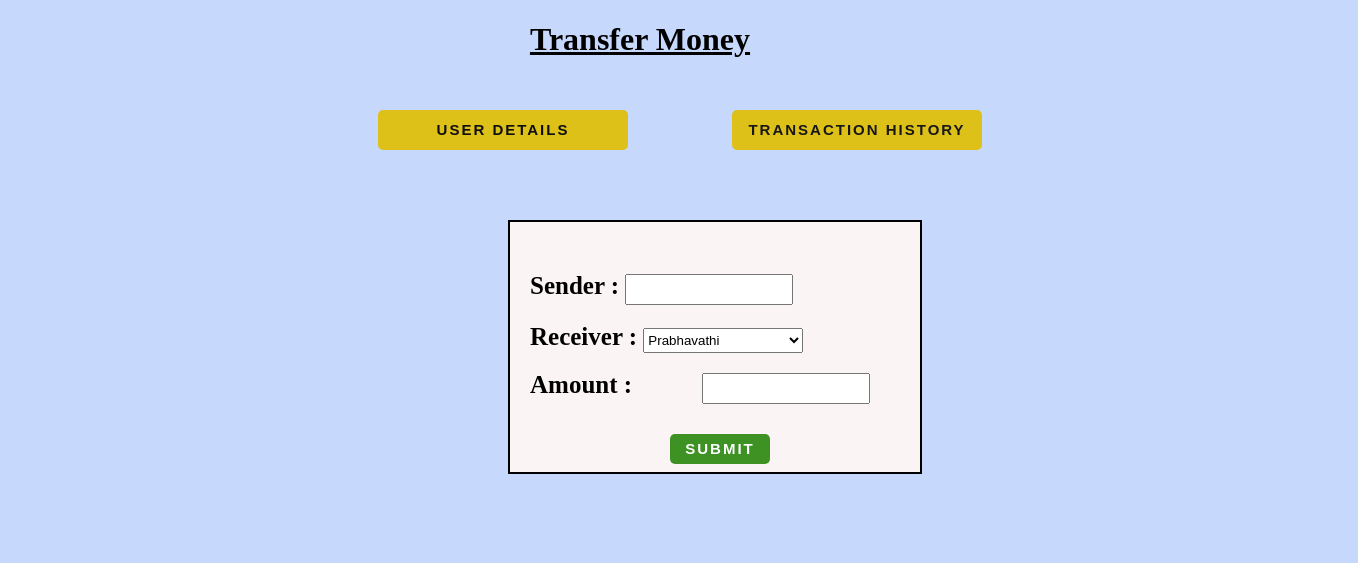
Repository: PrabhaBas/TheSparksFoundation_BasicBankingSystem
Page: http://localhost/PVBank/transfer_money.jsp
An editor plug-in stored every save of this project. The page is shown before and after the next save, followed by the edit.
The browser window is 1280 px wide. The page is 1358 px wide, so the pictures cover 1358 px, including what lies to the right of the window. The pictures show the whole page.
Some web libraries are served in a nearby version. The page is served by Tomcat 9.

Above is the page before, as saved 2021-08-17 18:47:49.

After the next save:
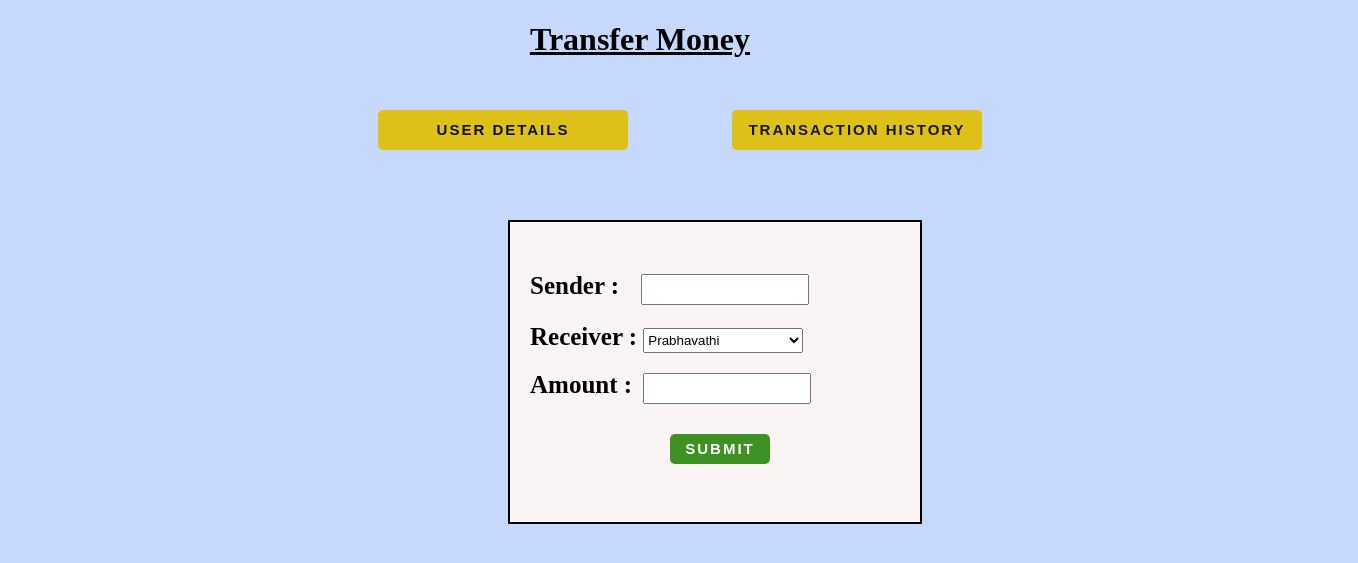
Saved 24 s later.
--- a/PVBank/src/main/webapp/css/transfer_money.css
+++ b/PVBank/src/main/webapp/css/transfer_money.css
@@ -68,7 +68,7 @@ background-color: rgb(250, 244, 244);
 border-color: black;
 border-width: 2px;
 border-style: solid;
-height: 200px;
+height: 250px;
 width: 400px;
 text-align: left;
 margin-left: 500px;
@@ -84,7 +84,7 @@ font-family: 'Times New Roman', Times, serif;
 
   }
   .transact-form #box1{
-      margin-left: 64px;
+    margin-left: 5px;
 
   }
   .transact-form .btn{
@@ -104,3 +104,6 @@ font-family: 'Times New Roman', Times, serif;
     transition: 0.3s;
     transition-property: background;
   }
+  .transact-form #box2{
+      margin-left: 16px;
+  }
